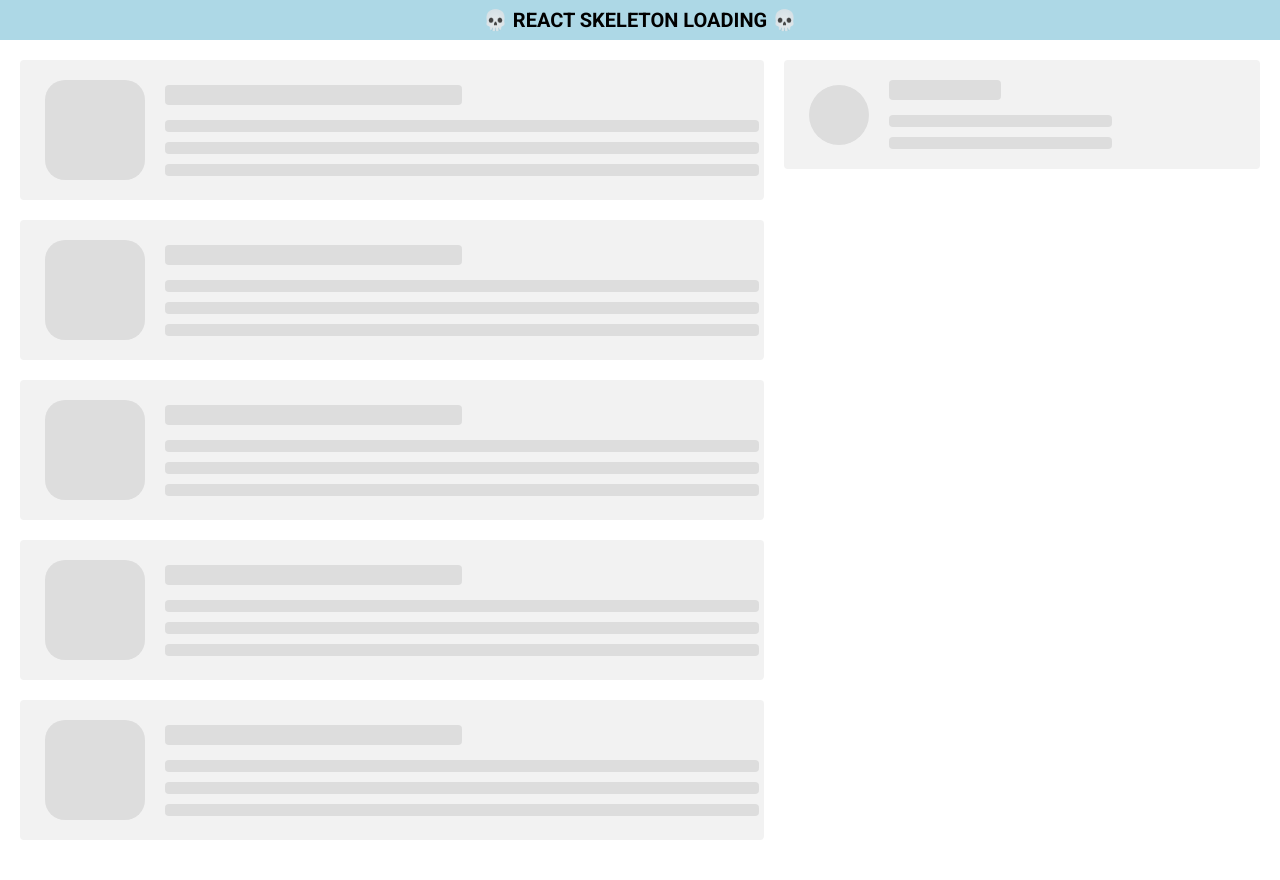
Repository: ethanJones21/React-Skeleton-Loading
Page: /
An editor plug-in stored every save of this project. The page is shown before and after the next save, followed by the edit.
The browser window is 1280 px wide. The pictures show the whole page.
The page's requests for data from a server got no answer. The project was rebuilt for these pictures with package versions that can differ from the ones it lists, and the page was loaded fresh each time. No one was signed in, and anything a server would have sent is missing. Also part of the build but not shown: src/components/Post.css, src/components/Post.js.

Above is the page before, as saved 2020-11-26 03:34:01.

After the next save:
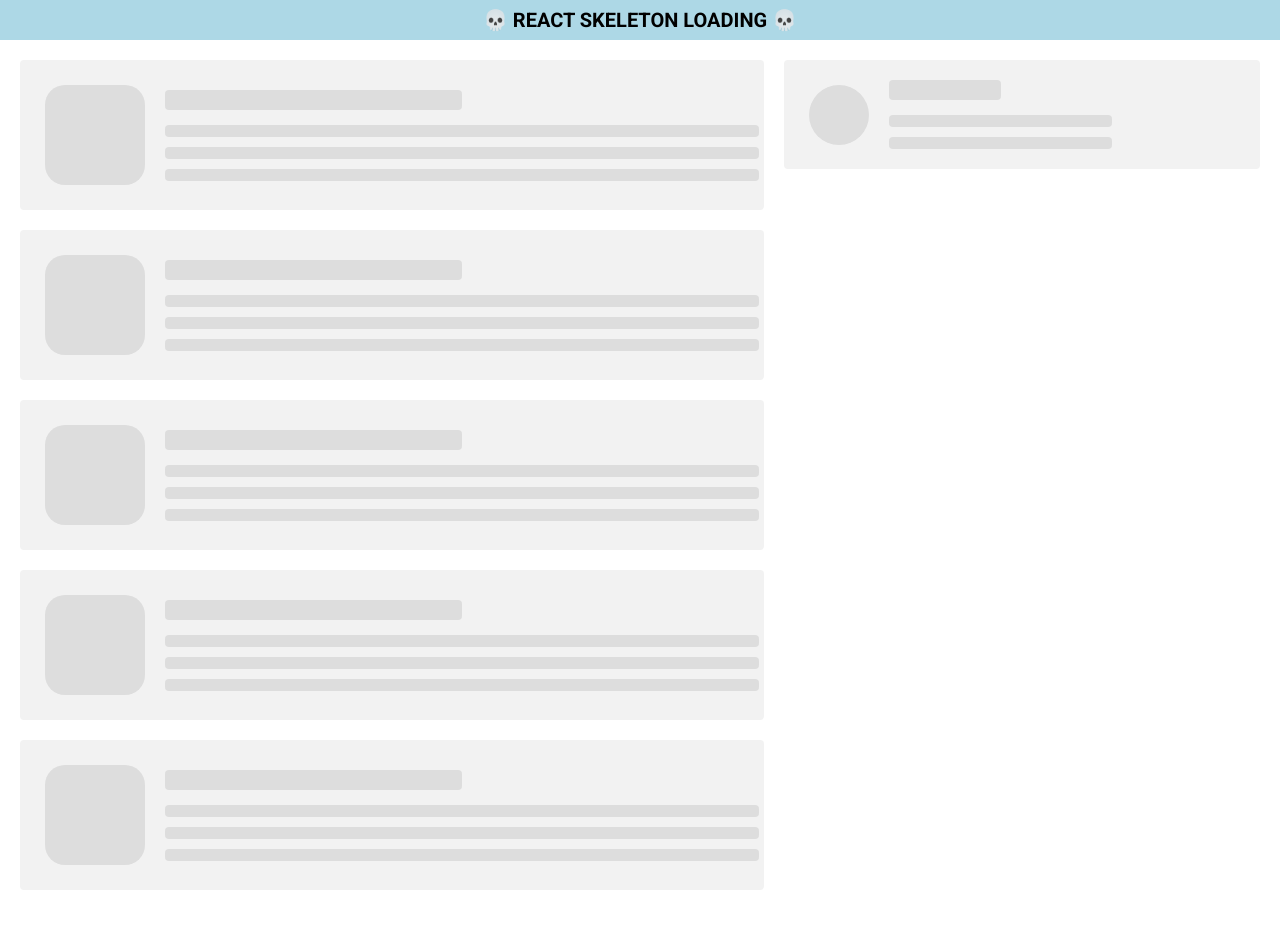
Saved 13 s later.
--- a/src/skeleton/PostSkeleton.css
+++ b/src/skeleton/PostSkeleton.css
@@ -3,7 +3,7 @@
   align-items: center;
   width: 100%;
   background: #f2f2f2;
-  padding: 10px 15px;
+  padding: 15px 15px;
   border-radius: 4px;
   position: relative;
   overflow: hidden;
